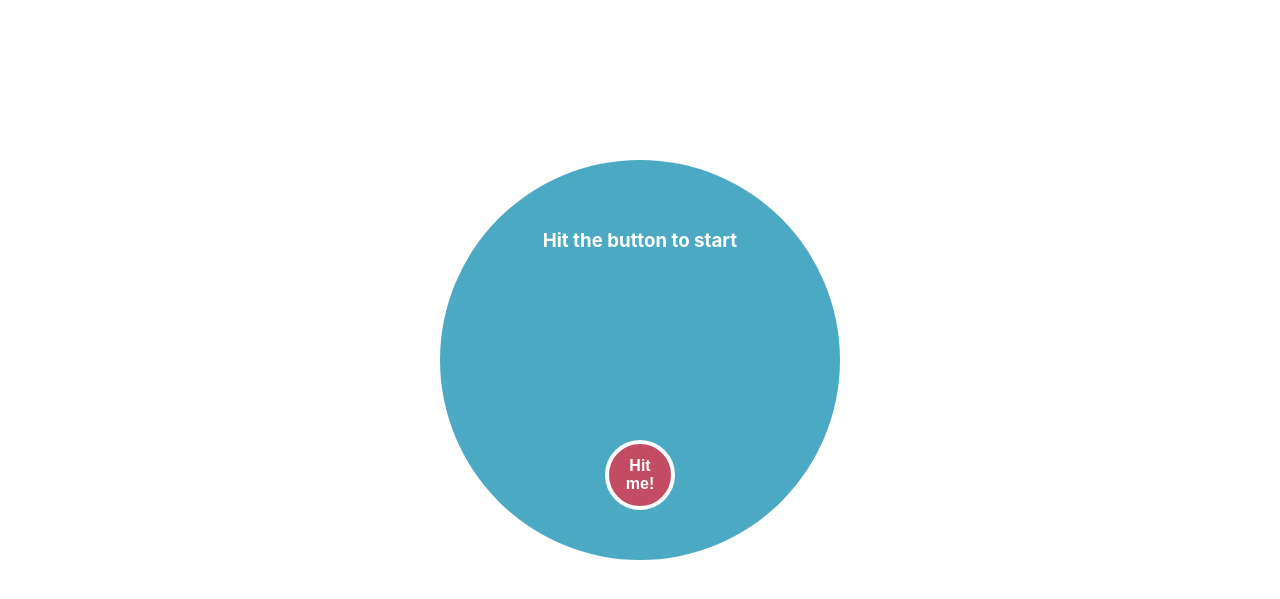
Repository: litalsh/Usless-Counter
Page: /
These files come from the project's save history. The page is drawn as it stood at one moment and after the next save; the edit follows.
The browser window is 1280 px wide. The pictures show the whole page.
The project was rebuilt for these pictures with package versions that can differ from the ones it lists, and the page was loaded fresh each time.

Above is the page before, as saved 2021-02-22 12:33:18.

After the next save:
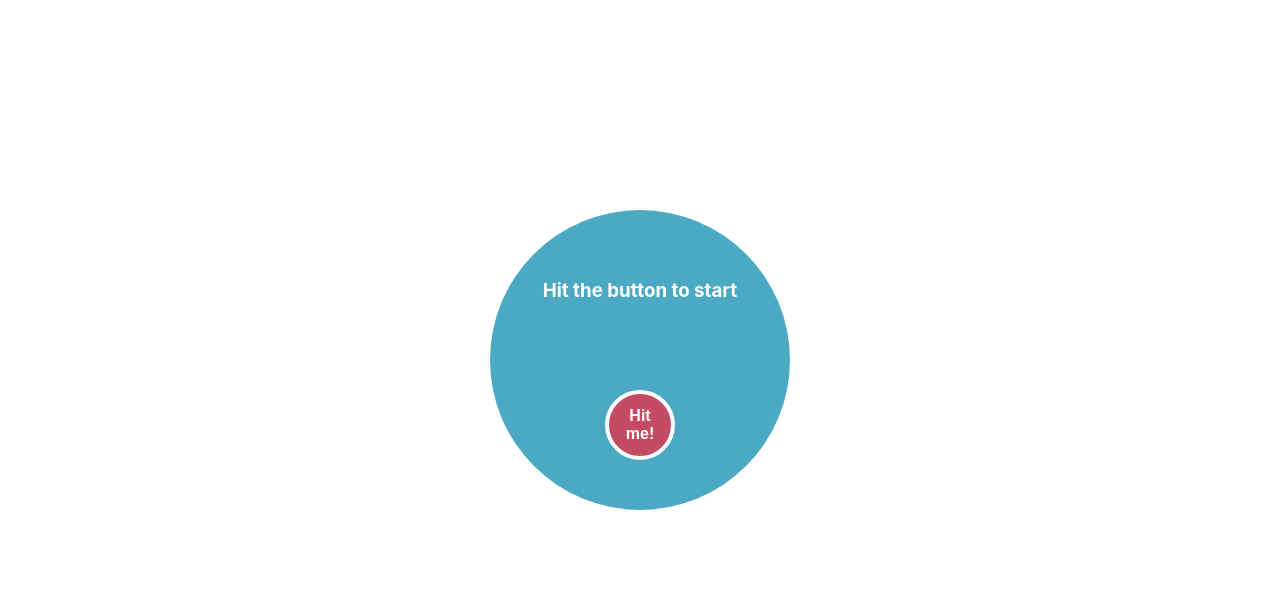
Saved 8 min 54 s later.
--- a/src/App.css
+++ b/src/App.css
@@ -12,8 +12,8 @@
   flex-direction: column;
   justify-content: space-between;
   text-align: center;
-  width: 400px;
-  height: 400px;
+  width: 300px;
+  height: 300px;
   border-radius: 50%;
   background: #4BA9C3;
   padding: 50px;
